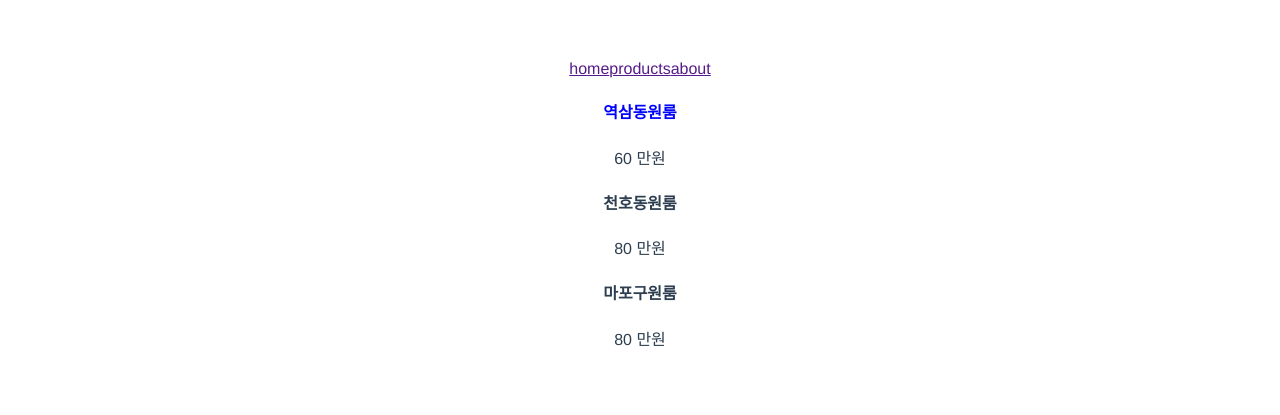
Repository: jy0813/Function
Page: / (app in function/)
The author's editor kept a copy of each file at every save. The page is drawn from the files as they stood at one save, then again after the next save.
The browser window is 1280 px wide. The pictures show the whole page.
The project was rebuilt for these pictures with package versions that can differ from the ones it lists, and the page was loaded fresh each time.

Above is the page before, as saved 2022-02-07 14:56:38.

After the next save:
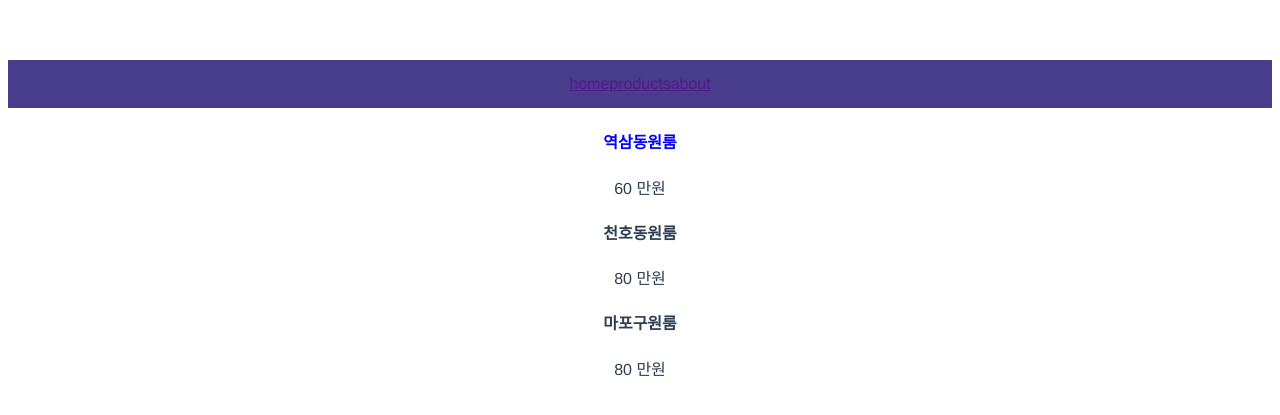
Saved 5 min 42 s later.
--- a/function/src/App.vue
+++ b/function/src/App.vue
@@ -44,4 +44,9 @@ export default {
   color: #2c3e50;
   margin-top: 60px;
 }
+
+.menu {
+  background: darkslateblue;
+  padding: 15px;
+}
 </style>
